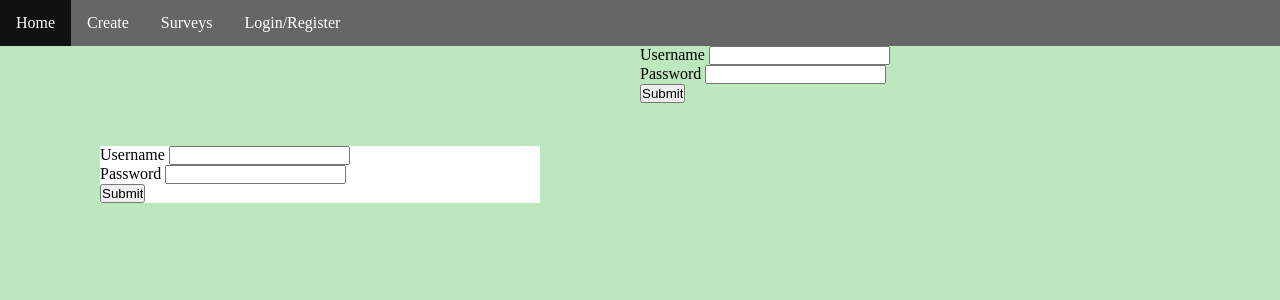
Repository: cakuang1/QuickSurveyReact
Page: /login
The author's editor kept a copy of each file at every save. The page is drawn from the files as they stood at one save, then again after the next save.
The browser window is 1280 px wide. The pictures show the whole page.
The project was rebuilt for these pictures with package versions that can differ from the ones it lists, and the page was loaded fresh each time. Also part of the build but not shown: src/pages/create.js, src/pages/home.css, src/pages/home.js, src/pages/pastsurveys.js.

Above is the page before, as saved 2022-07-21 13:52:55.

After the next save:
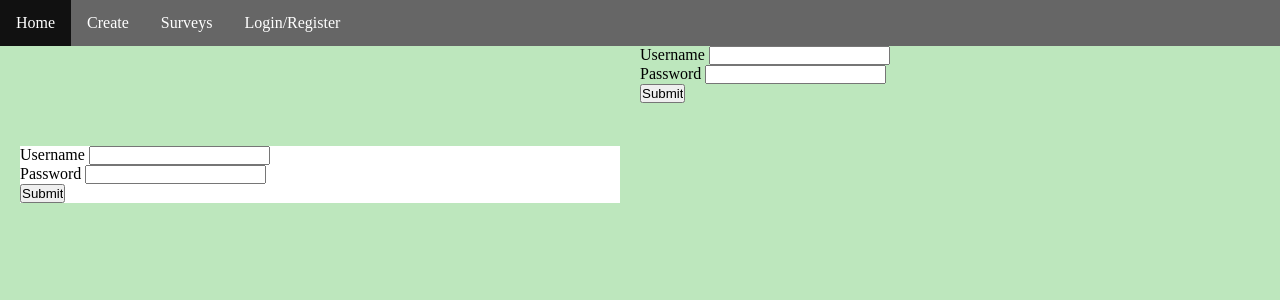
Saved 12 s later.
--- a/src/pages/login.css
+++ b/src/pages/login.css
@@ -10,7 +10,7 @@
 
 .loginform {
     background-color: white;
-    margin: 100px;
+    margin: 100px 20px;
 
 }
 
